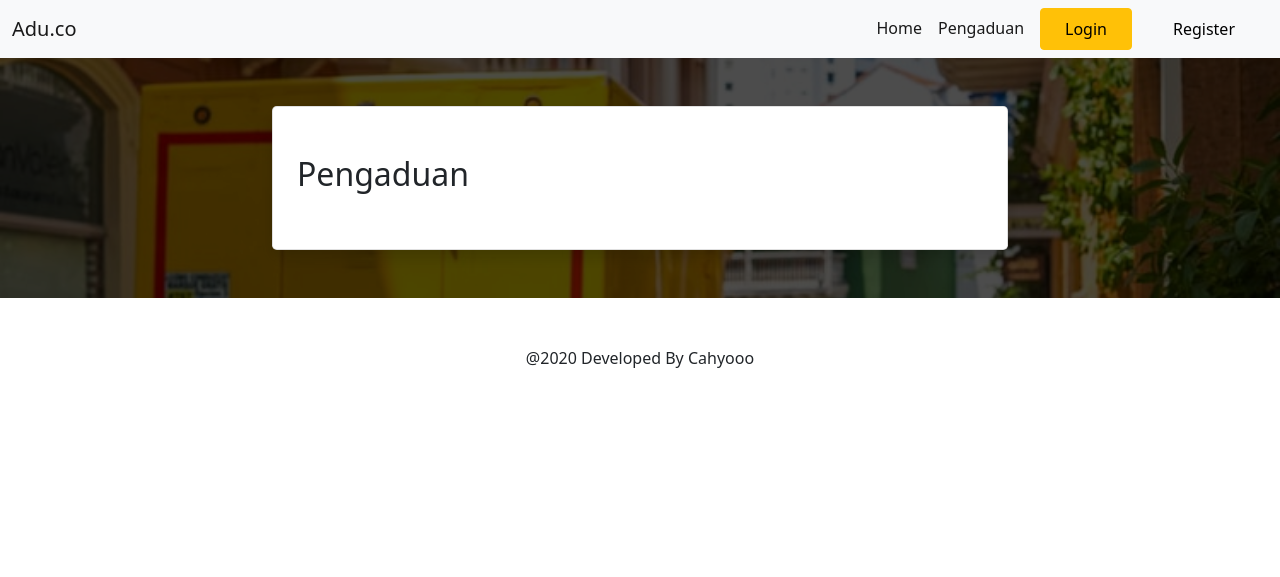
Repository: khulqu15/pengaduan2
Page: http://localhost/form/pengaduan
An editor plug-in stored every save of this project. The page is shown before and after the next save, followed by the edit.
The browser window is 1280 px wide. The pictures show the whole page.
The page is served by the project's Laravel application, run on PHP 8.4 with Laravel 8. Other server files are loaded and not shown.

Above is the page before, as saved 2021-02-23 21:22:05.

### routes/web.php
<?php

use App\Http\Controllers\PageController;
use App\Http\Controllers\UserController;
use Illuminate\Support\Facades\Route;

/*
|--------------------------------------------------------------------------
| Web Routes
|--------------------------------------------------------------------------
|
| Here is where you can register web routes for your application. These
| routes are loaded by the RouteServiceProvider within a group which
| contains the "web" middleware group. Now create something great!
|
*/

Route::get('/', [PageController::class, 'home'])->name('home');

Route::get('form/pengaduan', [PageController::class, 'pengaduanGet'])->name('form.pengaduan');

Route::get('login', [UserController::class, 'loginGet'])->name('loginView');
Route::post('login', [UserController::class, 'loginPost'])->name('loginLogic');
Route::get('register', [UserController::class, 'registerGet'])->name('registerView');
Route::post('register', [UserController::class, 'registerPost'])->name('registerLogic');

### app/Http/Controllers/PageController.php
<?php

namespace App\Http\Controllers;

use Illuminate\Http\Request;

class PageController extends Controller
{
    public function home()
    {
        return view('welcome');
    }

    public function pengaduanGet()
    {
        return view('pengaduan');
    }
}

### resources/views/pengaduan.blade.php
@extends('layout.app')

@section('title', 'Pengaduan')

@section('content')
    <div class="container-fluid image-footer-home py-5">
        <div class="overlay"></div>
        <div class="container position-relative">
            <div class="row">
                <div class="col-md-8 offset-md-2">
                    <div class="card bg-white rounded-3 shadow py-5 px-4">
                        <h2>Pengaduan</h2>
                    </div>
                </div>
            </div>
        </div>
    </div>
@endsection

### resources/views/layout/app.blade.php
<!DOCTYPE html>
<html lang="en">
<head>
    <meta charset="UTF-8">
    <meta name="viewport" content="width=device-width, initial-scale=1.0">
    <meta http-equiv="X-UA-Compatible" content="ie=edge">
    <title>Pengaduan | @yield('title')</title>

    <link rel="stylesheet" href="{{ asset('css/bootstrap.min.css') }}">
    <link rel="stylesheet" href="{{ asset('css/all.min.css') }}">
    <link rel="stylesheet" href="{{ asset('css/fontawesome.min.css') }}">
    <link rel="stylesheet" href="{{ asset('css/style.css') }}">
    <link rel="stylesheet" href="{{ asset('css/slick.css') }}">
    <link rel="stylesheet" href="{{ asset('css/slick-theme.css') }}">

    <script src="{{ asset('js/jquery-3.5.1.min.js') }}"></script>
    <script src="{{ asset('js/bootstrap.min.js') }}"></script>
    <script src="{{ asset('js/all.min.js') }}"></script>
    <script src="{{ asset('js/fontawesome.min.js') }}"></script>
    <script src="{{ asset('js/slick.min.js') }}"></script>

    @yield('assets')

</head>
<body>
    <nav class="navbar navbar-expand-lg navbar-light bg-light">
        <div class="container-fluid">
          <a class="navbar-brand" href="#">Adu.co</a>
          <button class="navbar-toggler" type="button" data-bs-toggle="collapse" data-bs-target="#navbarSupportedContent" aria-controls="navbarSupportedContent" aria-expanded="false" aria-label="Toggle navigation">
            <span class="navbar-toggler-icon"></span>
          </button>
          <div class="collapse navbar-collapse" id="navbarSupportedContent">
            <ul class="navbar-nav ms-auto mb-2 mb-lg-0">
              <li class="nav-item">
                <a class="nav-link active" aria-current="page" href="{{ route('home') }}">Home</a>
              </li>
              <li class="nav-item">
                <a class="nav-link active" aria-current="page" href="{{ route('form.pengaduan') }}">Pengaduan</a>
              </li>
              <li class="nav-item">
                <a class="btn btn-warning mx-2 px-4 py-2" href="{{ route('loginView') }}">Login</a>
              </li>
              <li class="nav-item">
                <a class="btn btn-light mx-2 px-4 py-2" href="{{ route('registerView') }}">Register</a>
              </li>
            </ul>
          </div>
        </div>
      </nav>

    @yield('content')

    <footer class="container-fluid py-5">
        <div class="row">
            <div class="col-md-12 text-center">
                @2020 Developed By Cahyooo
            </div>
        </div>
    </footer>
</body>
</html>

### public/css/style.css
body {
    overflow-x: hidden !important;
}
.viga {
    font-family: 'Viga', sans-serif;
}
.bgm-primary {
    background-color: #E62A2A !important;
}
.btnm-primary {
    border: none;
    border-radius: 0px !important;
    transition: all .3s ease-in-out;
    background-color: #E62A2A !important;
    padding: 1rem 2rem;
    color: white;
}
.text-right {
    text-align: right !important;
}
.cursor-point {
    cursor: pointer;
}
.btnm-primary:hover {
    color: white !important;
    background-color: #c01c1c !important;
}
.btnm-light {
    border: none;
    border-radius: 0px !important;
    transition: all .3s ease-in-out;
    background-color: #f2f2f2 !important;
    padding: 1rem 2rem;
    color: #292929;
}
.btnm-light:hover {
    color: #292929 !important;
    background-color: #c2c2c2 !important;
}
.textm-primary {
    color: #E62A2A !important;
}
.textm-gray {
    color: gray !important;
}

.input-search-home {
    width: 80%;
    position: absolute;
    left: 10%;
    height: 60px;
    box-shadow: 0px 20px 40px -6px rgba(0, 0, 0, 0.12);
    top: -50px;
    background-color: white;
}
.input-search-home input {
    height: 60px;
}
.input-search-home button,
.input-search-home a {
    position: relative;
    top: -10px;
}


.card-product {
    width: 100%;
    transition: all .3s ease-in-out;
    height: 370px;
    background-color: white;
}
.card-product:hover {
    box-shadow: 12px 24px 48px rgba(0, 0, 0, 0.09);
}
.card-product .image {
    width: 100%;
    height: 170px;
    background-color: #f36c6c;
    overflow: hidden;
}
.card-product .image img {
    transition: all .3s ease-in-out;
}
.card-product .image:hover img {
    transform: scale(1.1);
    opacity: .6;
}
.image-fit-card {
    width: 100%;
    height: 100%;
    object-fit: cover !important;
}
.card-product .line-category {
    display: inline-block;
    width: 20px;
    height: 3px;
    background-color: gray;
}

.bg-hammer-bottom {
    background: url('../img/wallpaper/hammer.png');
    background-attachment: fixed;
    background-position: center;
    background-size: cover;
}

.input-email-footer {
    position: relative;
    width: 100%;
    height: 70px;
    box-shadow: 0px 19px 38px rgba(0, 0, 0, 0.12);
    background-color: white;
}
.input-email-footer input {
    height: 70px;
    width: 100%;
}
.input-email-footer button {
    position: relative;
    top: -8px
}

.menu-footer {
    color: rgba(255, 255, 255, .5);
}
.menu-footer:hover {
    color: rgba(255, 255, 255, 1);
    cursor: pointer;
    transition: all .4s ease-in-out;
}
.menu-footer .icon {
    position: absolute;
    right: -50px;
    opacity: 0;
    transition: all .2s ease-in-out;
    visibility: hidden;
}
.menu-footer:hover .icon {
    position: relative;
    opacity: 1;
    right: 0;
    visibility: visible;
}
.menu-footer .menu-title {
    transition: all .2s ease-in-out;
    position: relative;
    font-size: 3rem;
    right: -10px;
}
.menu-footer:hover .menu-title {
    position: relative;
    right: 0px;
}

.icons-footer svg {
    transition: all .2s ease-in-out;
    color: #c2c2c2;
    margin: 0px .8rem;
    font-size: 1.4rem;
}

.icons-footer svg:hover {
    cursor: pointer;
    color: #767676;
}

.navbar {
    transition: all .3s ease-in-out;
    z-index: 100;
}
.burger {
    margin: 10px 0px 0px 0px;
}
.burger div {
    width: 40px;
    height: 5px;
    margin: 7px 0px;
    background-color: #767676;
}
.image-footer-home {
    background-image: url('../img/wallpaper/1.jpg');
    background-size: cover;
    background-attachment: fixed;
    position: relative;
}
.image-footer-home .overlay {
    background-color: rgba(0, 0, 0, 0.7);
    position: absolute;
    left: 0;
    top: 0;
    width: 100%;
    height: 100%;
}

Loaded but not shown: app/Http/Controllers/Controller.php (common file); public/css/bootstrap.min.css (library); public/css/all.min.css (library); public/css/fontawesome.min.css (library); public/css/slick.css (common file); public/css/slick-theme.css (library); public/js/jquery-3.5.1.min.js (library); public/js/bootstrap.min.js (library); public/js/fontawesome.min.js (library); public/js/slick.min.js (library)

After the next save:
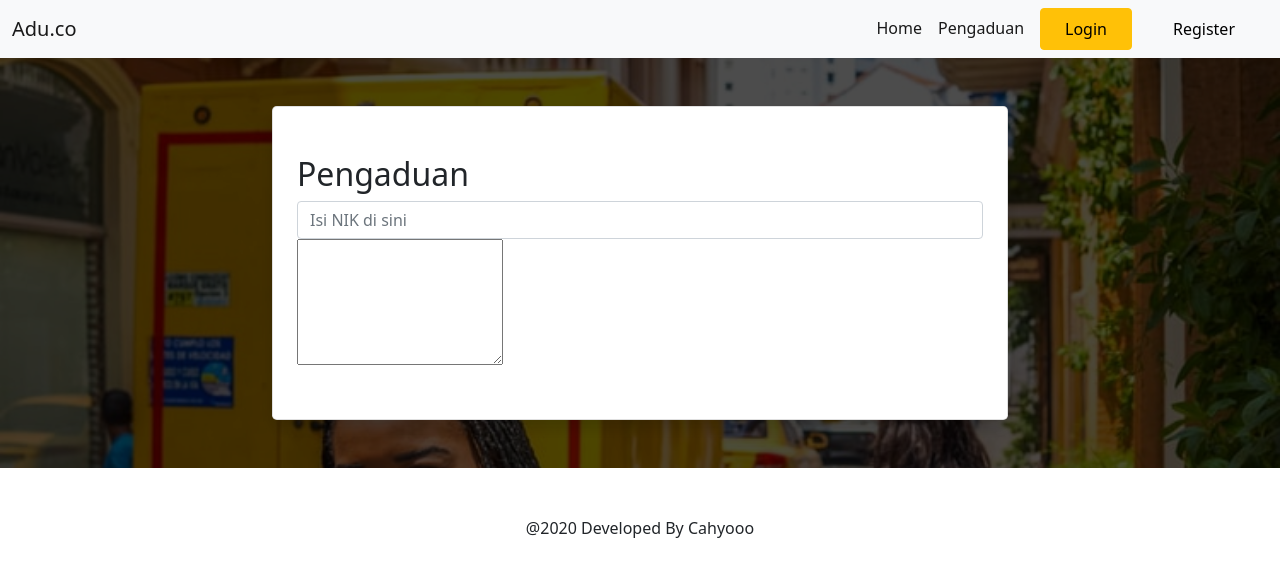
Saved 118 s later.
--- a/resources/views/pengaduan.blade.php
+++ b/resources/views/pengaduan.blade.php
@@ -10,6 +10,12 @@
                 <div class="col-md-8 offset-md-2">
                     <div class="card bg-white rounded-3 shadow py-5 px-4">
                         <h2>Pengaduan</h2>
+                        <div class="form-group">
+                            <input type="text" class="form-control" name="nik" id="nik" placeholder="Isi NIK di sini">
+                        </div>
+                        <div class="form-group">
+                            <textarea type="text" rows="5" name="text"></textarea>
+                        </div>
                     </div>
                 </div>
             </div>
